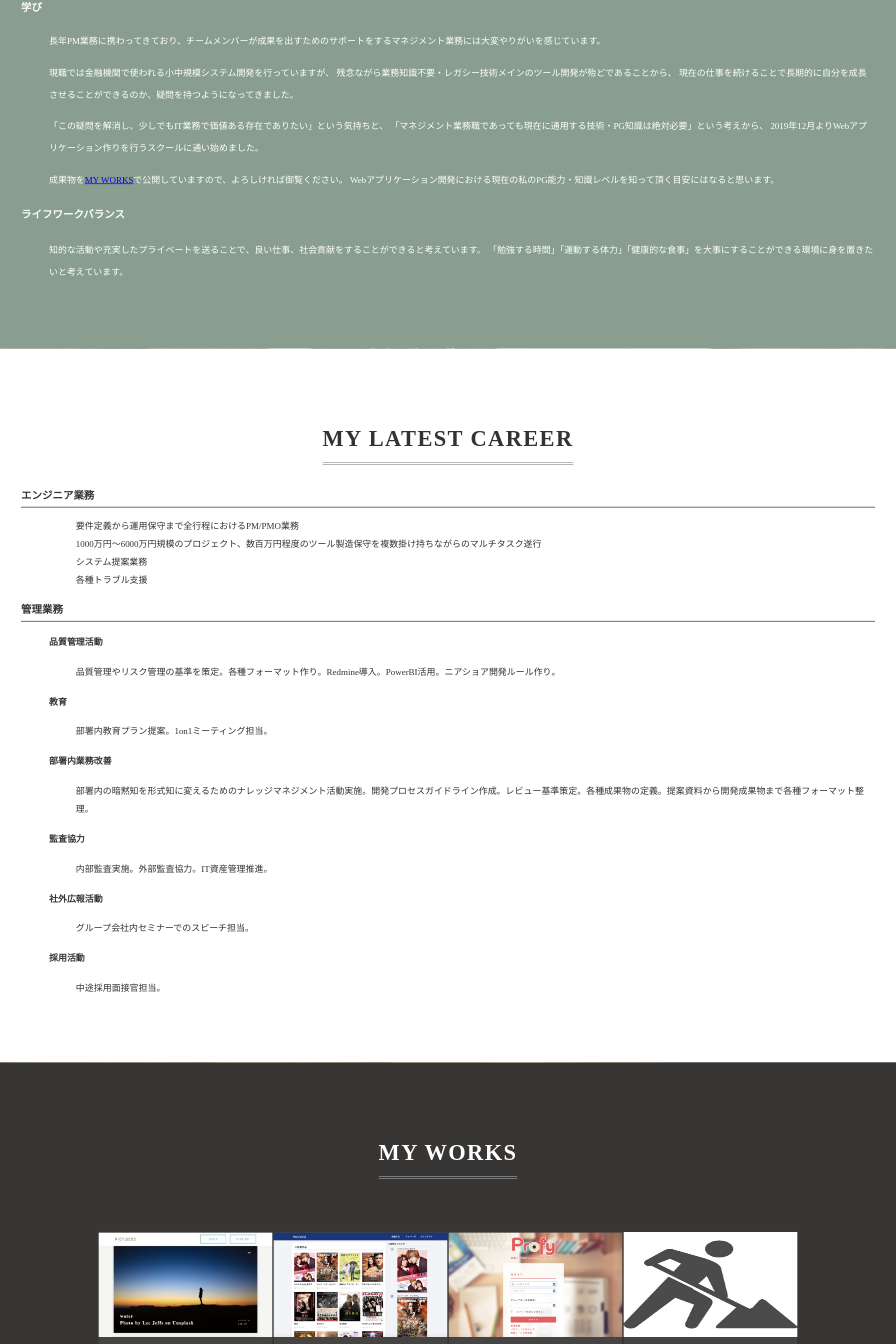
Repository: dackelteckel/myworks
Page: index.html
The author's editor kept a record of every edit. The page is drawn from the files as they stood at one moment, then again after the next edit.
The browser window is 1280 px wide. The pictures show the part of the page from y = 960 to 2880 px (the page is 3198 px tall before and 3230 px after), at 70% of full size.
Backgrounds fixed to the window are drawn as part of the page.

Above is the page before.

### index.html
<!DOCTYPE html>
<html>

<head>
  <meta charset="UTF-8">
  <title>Who I am...</title>
  <link rel="stylesheet" href="normalize.css">
  <link rel="stylesheet" href="style.css">
  <link rel="stylesheet" href="responsive.css">

  <!--<script type="text/javascript" charset="UTF-8">-->
  <!--  $('#contact-form').submit(function(event){-->
      <!--//submit実行を止める-->
  <!--    event.preventDefault();-->
  <!--    var $form = $(this);-->
  <!--    var $button = $form.find('.send-btn');-->
  <!--    $.ajax({-->
  <!--      url:$form.attr('action'),-->
  <!--      type:$form.attr('method'),-->
  <!--      data: $form.serialize(),-->
        <!--//10秒でタイムアウト-->
  <!--      timeout:10000,-->
        <!--//重複送信を避けるためにボタンを無効化-->
  <!--      beforeSend: function(xhr, settings) {-->
  <!--          $button.attr('disabled', true);-->
  <!--      },-->
        <!--//完了後ボタンを押せるように-->
  <!--      complete: function(xhr, textStatus) {-->
  <!--          $button.attr('disabled', false);-->
  <!--      }-->
  <!--    }).done(function(data, textStatus, jqXHR){-->
        <!--// 成功時の処理-->
        <!--//フォームを初期化-->
  <!--      $form[0].reset();-->
  <!--      $(".contact-result").text(data);-->
  <!--      $(".contact-result").slideToggle(200);-->
  <!--      $(".contact-result").delay(3000).slideToggle(200);-->
  <!--    }).fail(function(jqXHR, textStatus, errorThrown){-->
        <!--失敗時の処理-->
  <!--      $(".contact-result").text("エラーが発生しました。ステータス：" + jqXHR.status);-->
  <!--      $(".contact-result").slideToggle(200);-->
  <!--      $(".contact-result").delay(3000).slideToggle(200);-->
  <!--    });-->
  <!--  });-->
  <!--</script>-->
</head>

<body>
  <header class="header">
    <p class="site-title-sub">----- my portfolio -----</p>
    <h1 class="site-title">Who I am...</h1>
    <p class="site-description">check out my career and some of my works.</p>
    <div class="buttons">
      <a class="button" href="#reasons">WHAT I'M LOOKING FOR</a>
      <a class="button" href="#career">LATEST CAREER</a>
      <a class="button" href="#works">MY WORKS</a>
      <!--<a class="button button-orange" href="#contact">SEND MESSAGE</a>-->
      <a class="button button-orange" href="mailto:nrkktok@gmail.com">Drop Me a LINE</a>
    </div>
  </header>

  <section class="reasons" id="reasons">
    <h2 class="heading">3 REASONS WHY I'M LOOKING FOR A NEW JOB</h2>
    <dev class="reasons-text">
<!--第一の基準は、学べることが多い仕事をすることでした。-->
<!--その仕事をすることで、長期的に自分を成長させることができるのか、ということです。-->
<!--第二の基準は、仕事以外の優先事項にも取り組めることでした。-->
<!--知的な活動や充実したプライベート、自由な暮らしを続けられるのか、ということです。-->
<!--そして第三の基準は、自分が幸福になれる仕事をすることでした。-->
<!--不満を抱えながら、いい仕事をすることはできないと考えています-->
      <h3>職場環境</h3>
      <ul>
        <li>
          同僚同士お互いを尊重し、協力しあうことができる健やかな組織で働きたいと考えています。
        </li>
      </ul>
      <h3>学び</h3>
      <ul>
        <li>
          <p>
            長年PM業務に携わってきており、チームメンバーが成果を出すためのサポートをするマネジメント業務には大変やりがいを感じています。
          </p>
          <p>
            現職では金融機関で使われる小中規模システム開発を行っていますが、
            残念ながら業務知識不要・レガシー技術メインのツール開発が殆どであることから、
            現在の仕事を続けることで長期的に自分を成長させることができるのか、疑問を持つようになってきました。
          </p>
          <p>
          「この疑問を解消し、少しでもIT業務で価値ある存在でありたい」という気持ちと、
          「マネジメント業務職であっても現在に通用する技術・PG知識は絶対必要」という考えから、
          2019年12月よりWebアプリケーション作りを行うスクールに通い始めました。
          </p>
          <p>
            成果物を<a href="#works">MY WORKS</a>で公開していますので、よろしければ御覧ください。
            Webアプリケーション開発における現在の私のPG能力・知識レベルを知って頂く目安にはなると思います。
          </p>
        </li>
      </ul>
      <h3>ライフワークバランス</h3>
      <ul>
        <li>
          <p>
            知的な活動や充実したプライベートを送ることで、良い仕事、社会貢献をすることができると考えています。
          「勉強する時間」「運動する体力」「健康的な食事」を大事にすることができる環境に身を置きたいと考えています。
          </p>
        </li>
      </ul>
    </dev>
  </section>

  <section class="career" id="career">
    <h2 class="heading">MY LATEST CAREER</h2>
    <dev class="career-text">
      <h3>エンジニア業務</h3>
      <ul>
        <li>要件定義から運用保守まで全行程におけるPM/PMO業務</li>
        <li>1000万円〜6000万円規模のプロジェクト、数百万円程度のツール製造保守を複数掛け持ちながらのマルチタスク遂行</li>
        <Li>システム提案業務</Li>
        <Li>各種トラブル支援</Li>
      </ul>
      <h3>管理業務</h3>
      <ul>
        <h4>品質管理活動</h4>
        <li>品質管理やリスク管理の基準を策定。各種フォーマット作り。Redmine導入。PowerBI活用。ニアショア開発ルール作り。</li>
        <h4>教育</h4>
        <li>部署内教育プラン提案。1on1ミーティング担当。</li>
        <h4>部署内業務改善</h4>
        <li>部署内の暗黙知を形式知に変えるためのナレッジマネジメント活動実施。開発プロセスガイドライン作成。レビュー基準策定。各種成果物の定義。提案資料から開発成果物まで各種フォーマット整理。</li>
        <h4>監査協力</h4>
        <li>内部監査実施。外部監査協力。IT資産管理推進。</li>
        <h4>社外広報活動</h4>
        <li>グループ会社内セミナーでのスピーチ担当。</li>
        <h4>採用活動</h4>
        <li>中途採用面接官担当。</li>
      </ul>
    </dev>
  </section>

  <section class="works" id="works">
    <h2 class="heading">MY WORKS</h2>
    <div class="works-wrapper">
      <div class="work-box">
        <a href="https://dackelteckelpictweet.herokuapp.com/" target="_blank" rel="noopener noreferrer"><img class="work-image" src="images/pictweet.jpg"></a>
        <div class="work-description">
          <p>Pictweet<p>
          <p>写真共有サイト</p>
          <p>webアプリケーションをゼロから構築</p>
        </div>
      </div>

      <div class="work-box">
        <a href="https://dackelteckelmooovi.herokuapp.com/" target="_blank" rel="noopener noreferrer"><img class="work-image" src="images/mooovi.jpg"></a>
        <div class="work-description">
          <p>Mooovi<p>
          <p>映画レビュー投稿サイト</p>
          <p>スクレイピングを学習</p>
        </div>
      </div>

      <div class="work-box">
        <a href="https://dackelteckelprofy.herokuapp.com/" target="_blank" rel="noopener noreferrer"><img class="work-image" src="images/profy.jpg"></a>
        <div class="work-description">
          <p>Profy<p>
          <p>一問一答形式による自己紹介サイト</p>
          <p>メールによる認証機能を学習</p>
        </div>
      </div>
      <div class="work-box">
        <!--<img class="work-image" src="images/wip.jpeg" height="50" width="50">-->
        <img class="work-image" src="images/wip.jpeg" width="10" height="150">
        <div class="work-description">
          <p>SimpleReader<p>
          <p>読書管理サイト</p>
          <p>APIを使った外部データ取得を学習</p>
        </div>
      </div>
    </div>
    <div>
      <p>サンプルデータを使って見たい場合は各サイトで以下情報を入力してください。</p>
      <o>e-mail: example@example.com</o>
      <p>pwd: password</p>
      <p>group (profy): example</p>
    </div>
  </section>

  <!--<section class="contact" id="contact">-->
    <!--<h2 class="heading">DROP ME A LINE</h2>-->
    <!--<form class="contact-form" id="contact-form" action="contact.php" method="post">-->
    <!--  <input type="text" name="name" placeholder="NAME" required>-->
    <!--  <input type="email" name="email" placeholder="E-MAIL ADDRESS" required>-->
    <!--  <textarea name="message" placeholder="MESSAGE"></textarea>-->
    <!--  <textarea type="text" name="message" placeholder="MESSAGE" required></textarea>-->
    <!--  <input type="submit" value="SEND" class="send-btn" id="submit">-->
    <!--  <input type="submit" value="SEND" class="send-btn" id="submit">-->
    <!--</form>-->
  <!--</section>-->
</body>
</html>

### style.css
* {
  box-sizing: border-box;
  list-style: none;
}

body {
  color: #fff;
  text-align: center;
  font-size: 0.8rem;
  background: url('images/bg.jpg') fixed;
  background-size: cover;
}

.header {
  padding: 170px 30px 80px;
  /*height: 100vh;*/
  background-color: rgba(0, 0, 128, 0.8);
}

.site-title-sub {
  margin: 0 0 30px;
  color: #888;
  letter-spacing: 1px;
  font-size: 1.2rem;
}

.site-title {
  margin: 50px;
  font-size: 3.5rem;
}

.site-description {
  margin-bottom: 75px;
  color: #888;
  font-size: 1.2rem;
}

.buttons {
  display: flex;
  justify-content: center;
  padding-bottom: 50px
}

.button {
  width: 200px;
  padding: 20px;
  margin: 10px;
  border-radius: 4px;
  background-color: #afa58d;
  color: #fff;
  text-decoration: none;
  letter-spacing: 1px;
  font-size: 0.7rem;
}

.button:hover {
  opacity: 0.9;
}

.button-orange {
  background-color: #f1b400;
}

.heading {
  display: inline-block;
  margin: 30px 0 15px;
  padding-bottom: 15px;
  letter-spacing: 2px;
  font-size: 2rem;
  border-bottom: double 4px #999;
}

.reasons {
  /*height: 100vh;*/
  /*background-color: #383634;*/
  background-color: rgb(137, 158, 142);
  padding: 80px 30px;
  /*color: #333;  */
}

.reasons-text {
  text-align: left;
  width: 600px;
  margin: 30px auto;
  line-height: 2.5;
}

.reason-text h3 {
  padding-top: 20px;
}

/*.note:before {*/
/*  content: "*";*/
/*}*/

.career {
  /*height: 100vh;*/
  background-color: #ffffff;
  padding: 80px 30px;
  color: #333;
}

.career-text {
  text-align: left;
  width: 600px;
  margin: 30px auto;
  line-height: 2;
}

.career-text h3 {
  border-bottom: 1px solid #333;
}

.career-text li {
  padding-left: 3em;
}

.works {
  height: 100vh;
  background-color: #383634;
  padding: 80px 0 10px;
}

.works-wrapper {
  display: table;
  /*width: 860px;*/
  width: 1000px;
  margin: 60px auto 0;
  table-layout: fixed;
}

.work-box {
  display: table-cell;
  background-color: rgba(100, 100, 100, 0.3);
  border: 1px solid #333;
}

.work-image {
  display: block;
  width: 100%;
}

.work-description {
  margin: 20px 0;
  height: 65px;
}

/*.work-description .button {*/
/*  width: 60%;*/
/*  margin-top: 20px;*/
/*  padding: 3px;*/
/*  display: inline-block;*/
/*}*/

.sample-data-info {
  text-align: left;
}

.button-ghost {
  border: 2px solid #fff;
  background-color: rgba(255, 255, 255, 0.15);
}

.contact {
  height: 100vh;
  background-color: rgba(0, 0, 128, 0.8);
  padding: 80px 0 150px;
}


.contact-form {
  width: 50%;
  margin: 50px auto 0;
}

.contact-form input[type=text], .contact-form input[type=email], .contact-form textarea {
  display: block;
  width: 100%;
  margin-bottom: 10px;
  padding: 15px;
  outline: none;
  border: 1px solid rgba(255, 255, 255, 0.8);
  border-radius: 0;
  color: #333;
}

.contact-form textarea {
  height: 150px;
}

.contact-form input[type=submit] {
  display: block;
  width: 200px;
  margin: 40px auto 0;
  padding: 15px;
  border: 1px solid rgba(255, 255, 255, 0.8);
  border-radius: 5px;
  background-color: transparent;
  color: #fff;
  cursor: pointer;
}

.contact-form input[type=submit]:hover {
  background-color: rgba(255, 255, 255, 0.05);
}

Loaded but not shown: normalize.css (library); responsive.css (no copy from this time; the picture is the same without it)

After the next edit:
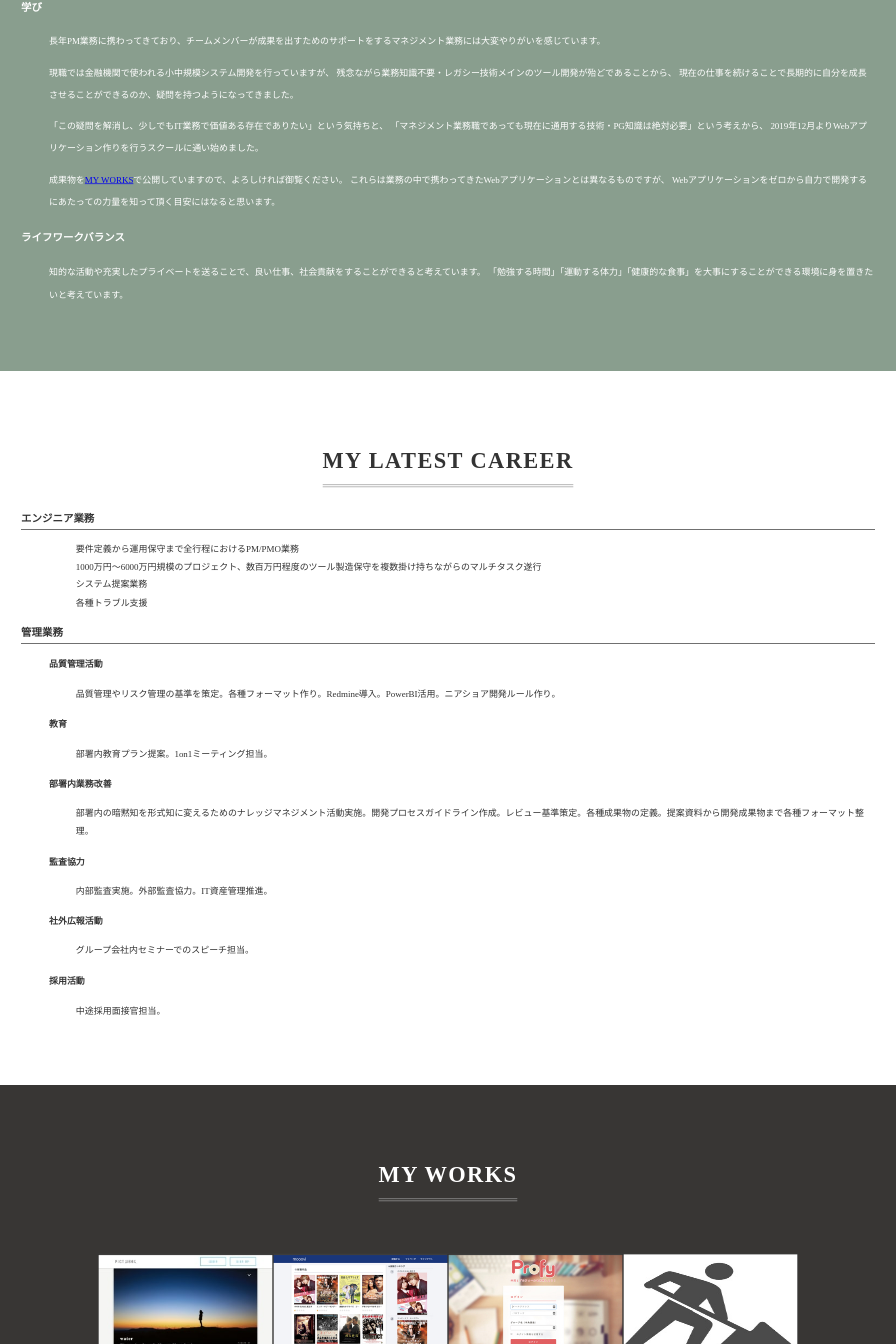
The edit:
--- a/index.html
+++ b/index.html
@@ -92,7 +92,8 @@
           </p>
           <p>
             成果物を<a href="#works">MY WORKS</a>で公開していますので、よろしければ御覧ください。
-            Webアプリケーション開発における現在の私のPG能力・知識レベルを知って頂く目安にはなると思います。
+            これらは業務の中で携わってきたWebアプリケーションとは異なるものですが、
+            Webアプリケーションをゼロから自力で開発するにあたっての力量を知って頂く目安にはなると思います。
           </p>
         </li>
       </ul>
